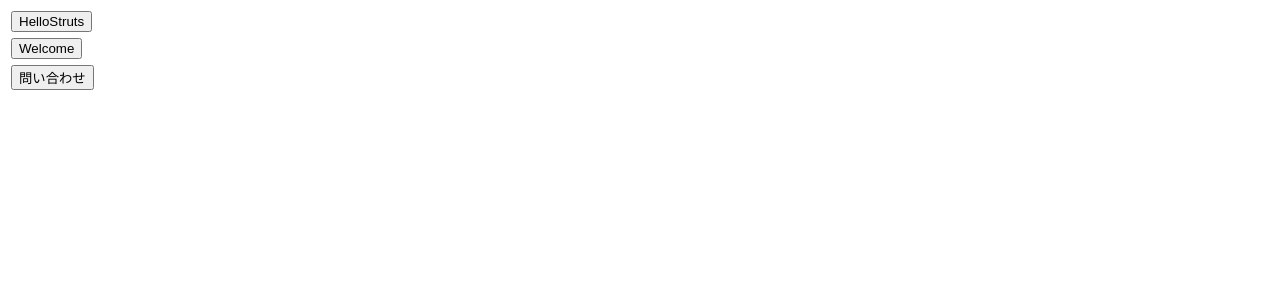
Repository: 8luemitsuho/test
Page: http://localhost/WebProj2/
The author's editor kept a copy of each file at every save. The page is drawn from the files as they stood at one save, then again after the next save.
The browser window is 1280 px wide. The pictures show the whole page.
The page is served by Tomcat 9.

Above is the page before, as saved 2019-07-25 08:29:05.

After the next save:
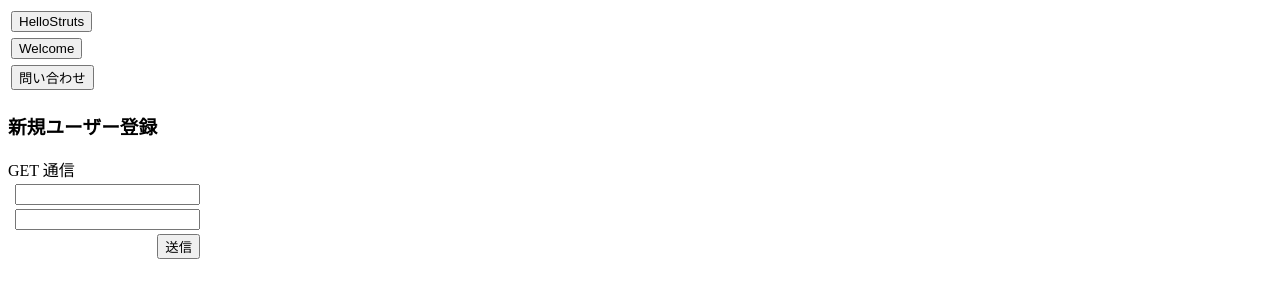
Saved 2 min 20 s later.
--- a/WebProj2/WebContent/index.jsp
+++ b/WebProj2/WebContent/index.jsp
@@ -19,5 +19,13 @@
 	<s:form action="InquiryAction">
 		<s:submit value="問い合わせ"/>
 	</s:form>
+
+	<h3>新規ユーザー登録</h3>
+	GET 通信
+	<s:form method="get" action="TestAction">
+	<s:textfield name="username"/>
+	<s:password name="password"/>
+	<s:submit value="送信"/>
+	</s:form>
 </body>
 </html>
